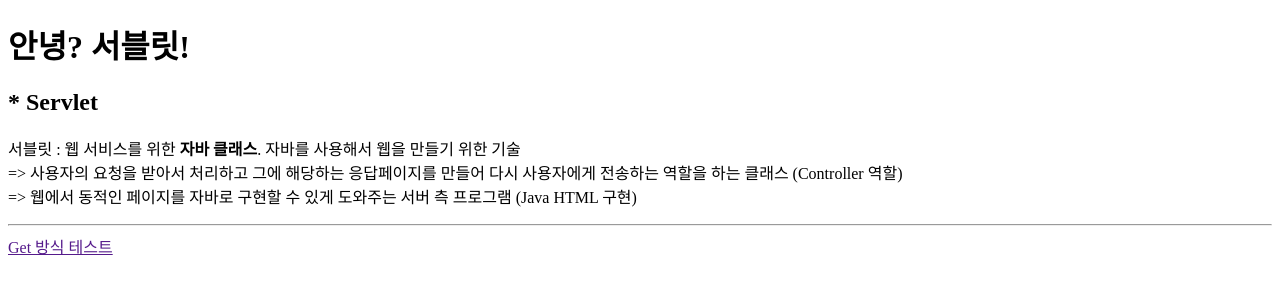
Repository: rsvprzdz/Servlet
Page: 1_servlet/src/main/webapp/index.html
An editor plug-in stored every save of this project. The page is shown before and after the next save, followed by the edit.
The browser window is 1280 px wide. The pictures show the whole page.

Above is the page before, as saved 2024-08-22 02:12:04.

### 1_servlet/src/main/webapp/index.html
<!DOCTYPE html>
<html>
<head>
<meta charset="UTF-8">
<title>서블릿 시작하기</title>
</head>
<body>
	<h1>안녕? 서블릿!</h1>

	<h2>* Servlet</h2>

	<p>
		서블릿 : 웹 서비스를 위한 <b>자바 클래스</b>. 자바를 사용해서 웹을 만들기 위한 기술 <br>
		=> 사용자의 요청을 받아서 처리하고 그에 해당하는 응답페이지를 만들어 다시 사용자에게 전송하는 역할을 하는 클래스 (Controller 역할) <br>
		=> 웹에서 동적인 페이지를 자바로 구현할 수 있게 도와주는 서버 측 프로그램 (Java HTML 구현)
	</p>

	<hr>

	<a href="">Get 방식 테스트</a>

</body>
</html>

After the next save:
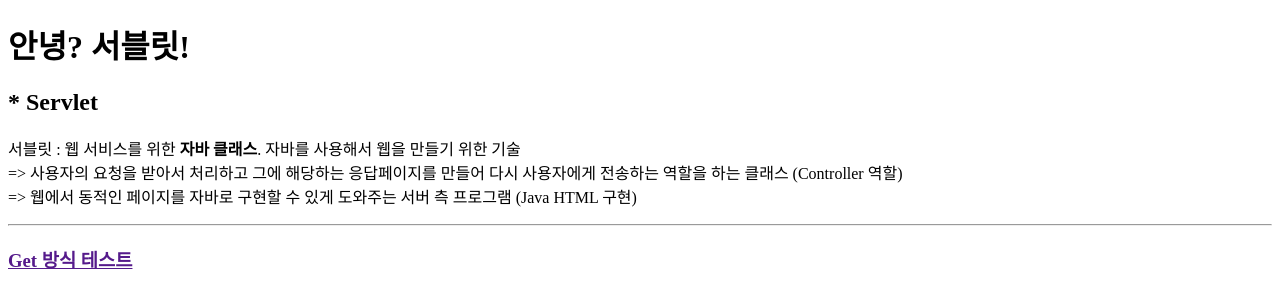
Saved 23 s later.
--- a/1_servlet/src/main/webapp/index.html
+++ b/1_servlet/src/main/webapp/index.html
@@ -17,7 +17,7 @@
 
 	<hr>
 
-	<a href="">Get 방식 테스트</a>
+	<h3><a href="">Get 방식 테스트</a></h3>
 
 </body>
 </html>
